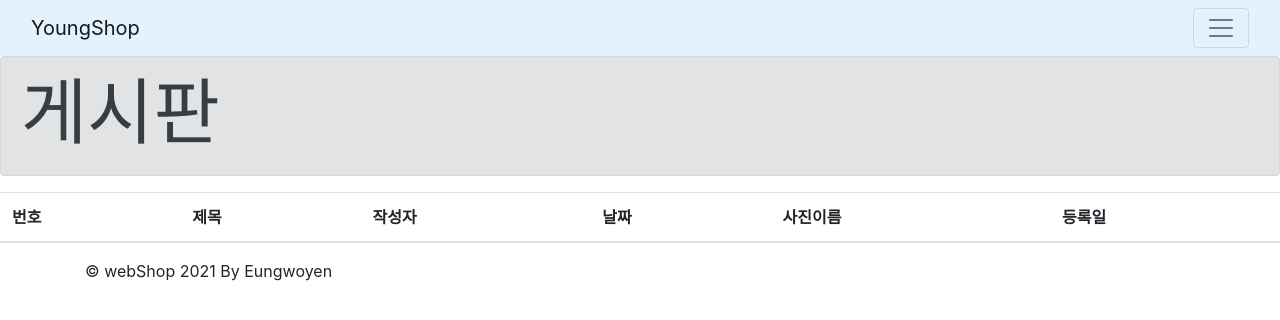
Repository: khss4008/JSP_project
Page: http://localhost/Webshop2/board/listBoard.jsp
The author's editor kept a copy of each file at every save. The page is drawn from the files as they stood at one save, then again after the next save.
The browser window is 1280 px wide. The pictures show the whole page.
The page is served by Tomcat 9. Queries for data that is not in the repository find no rows.

Above is the page before, as saved 2021-11-05 06:12:44.
Console error: TypeError: Cannot read properties of undefined (reading 'fn')

After the next save:
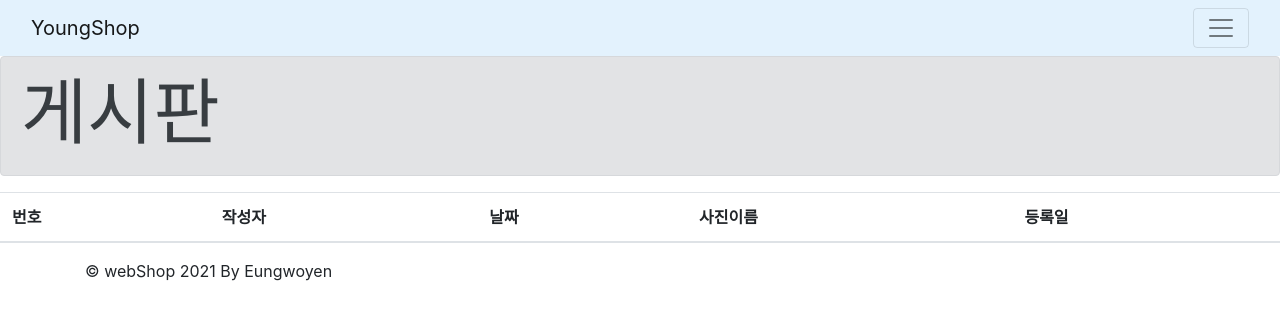
Saved 71 s later.
--- a/Webshop2/WebContent/board/listBoard.jsp
+++ b/Webshop2/WebContent/board/listBoard.jsp
@@ -25,7 +25,6 @@
   <thead>
     <tr>
       <th scope="col">번호</th>
-      <th scope="col">제목</th>
       <th scope="col">작성자</th>
       <th scope="col">날짜</th>
     <th scope="col">사진이름</th>
@@ -45,7 +44,6 @@
 
     <tr>
       <th scope="row"><%=++i %></th>
-      <td><%=board.getBid() %></td>
       <td><%=board.getBtitle() %></td>
       <td><%=board.getBdescription() %></td>
       <td><%=board.getBfname() %></td>
